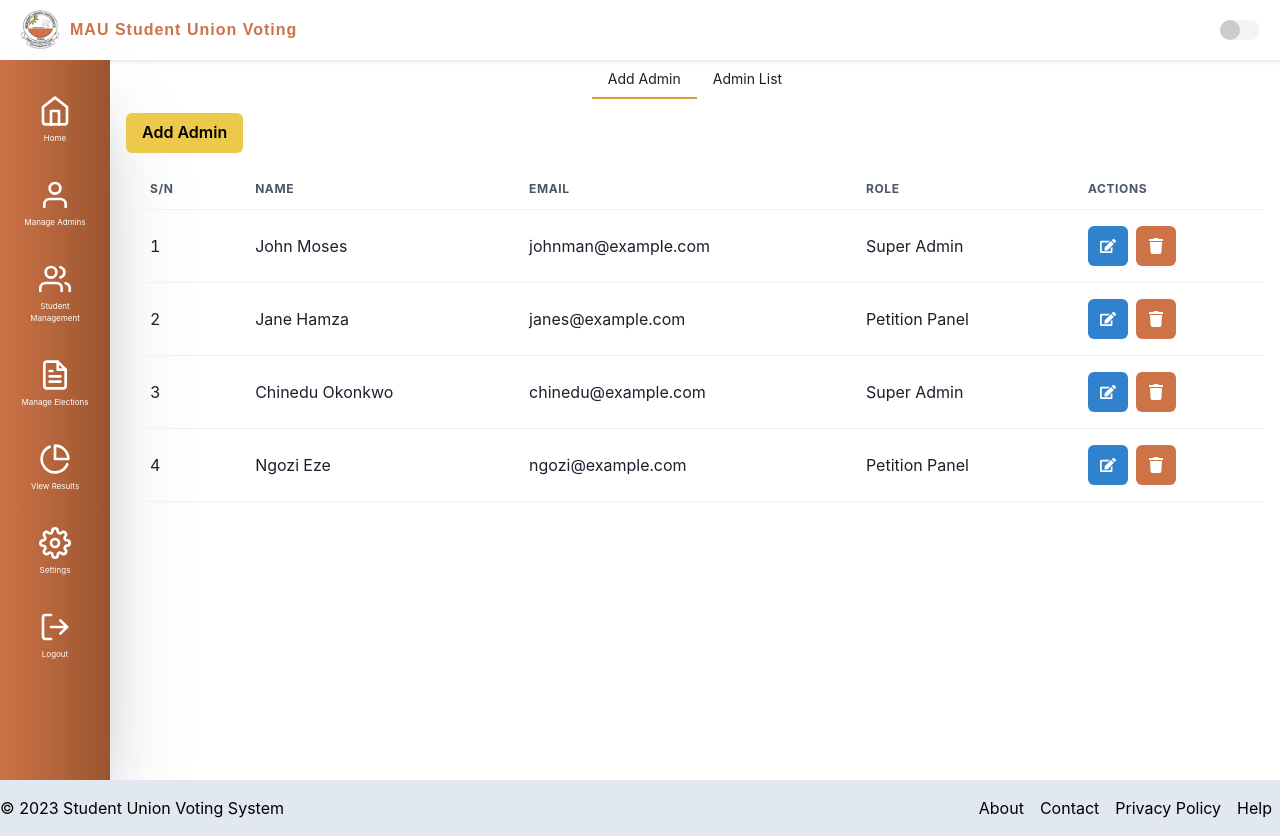
Repository: joena1o/e-vote
Page: /admin-dashboard/manage-admin
An editor plug-in stored every save of this project. The page is shown before and after the next save, followed by the edit.
The browser window is 1280 px wide. The pictures show the whole page.
The project was rebuilt for these pictures with package versions that can differ from the ones it lists, and the page was loaded fresh each time. Also part of the build but not shown: src/components/EnhancedLogin.js, src/components/maincontent/RegisterStudents/ManageStudents.js, src/components/maincontent/RegisterStudents/RegisterStudents.js, src/components/maincontent/RegisterStudents/StudentManagement.js, src/components/maincontent/ElectionResults/ViewResults.js, src/components/maincontent/ElectionResults/report.js, src/components/maincontent/ElectionResults/ViewElectionResults.js, src/components/maincontent/Settings/Settings.js and 21 more.

Above is the page before, as saved 2023-12-14 17:01:26.

### src/index.js
import React from 'react';
import ReactDOM from 'react-dom/client';
import './index.css';
import App from './App';
import reportWebVitals from './reportWebVitals';
import Modal from 'react-modal';

// Set the app element for the modal for accessibility purposes
Modal.setAppElement('#root');

const root = ReactDOM.createRoot(document.getElementById('root'));
root.render(
  <React.StrictMode>
    <App />
  </React.StrictMode>
);

// If you want to start measuring performance in your app, pass a function
// to log results (for example: reportWebVitals(console.log))
// or send to an analytics endpoint. Learn more: https://bit.ly/CRA-vitals
reportWebVitals();

### src/App.js
import React from 'react';
import { BrowserRouter as Router, Routes, Route, Navigate } from 'react-router-dom';
import EnhancedLogin from './components/EnhancedLogin';
import AdminDashboard from './components/AdminDashboard';
import StudentDashboard from './components/StudentDashboard';
import { ChakraProvider, ColorModeProvider, Button, useColorMode } from '@chakra-ui/react';
import { Provider } from 'react-redux';
import store from './Redux/store';
import ElectionCommitteeDashboard from './components/maincontent/ElectionCommitteeDashboard';


// Component to toggle dark mode
function DarkModeToggle() {
  const { colorMode, toggleColorMode } = useColorMode();
  return (
    <Button onClick={toggleColorMode} position="fixed" m={4} zIndex={10}>
      Toggle {colorMode === 'light' ? 'Dark' : 'Light'}
    </Button>
  );
}

function App() {
  // Check if the current route is not the "/login" route, then render the DarkModeToggle
  // const isLoginPage = window.location.pathname === '/login';

  return (
    <Provider store={store}>
      <ChakraProvider>
        <ColorModeProvider options={{ useSystemColorMode: true }}>
          <Router>
            <Routes>
              {/* Define your routes */}
              <Route path="/login" element={<EnhancedLogin />} />
              <Route path="/admin-dashboard/*" element={<AdminDashboard />} />
              <Route path="/ElectionCommittee-dashboard/*" element={<ElectionCommitteeDashboard />} />
              <Route path='/student-dashboard/*' element={<StudentDashboard />} />
              {/* Redirect root to /admin-dashboard */}
              <Route path="/" element={<Navigate to="/admin-dashboard" replace />} />
            </Routes>
          </Router>
          {/* Render DarkModeToggle only if not on the "/login" page */}
          {/* {!isLoginPage && <DarkModeToggle />} */}
        </ColorModeProvider>
      </ChakraProvider>
    </Provider>
  );
}

export default App;

### src/components/AdminDashboard.js
// AdminDashboard.js
import React from 'react';
import { Routes, Route } from 'react-router-dom';
import StudentManagement from './maincontent/RegisterStudents/StudentManagement';
import ViewResults from './maincontent/ElectionResults/ViewElectionResults';
import Settings from './maincontent/Settings/Settings';
import Home from './maincontent/home/Home';
import ManageAdmin from './maincontent/ManageAdmins/ManageAdmins';
import ManageElections from './maincontent/ManageElections/ManageElections';
import Sidebar from './Sidebar';
import Navbar from './Navbar';
import Footer from './Footer';// Import the Footer component
import styled from 'styled-components';
import ElectionVotesLog from './maincontent/ElectionResults/report';


const Container = styled.div`
  display: flex;
  flex-direction: column;
  height: 100vh;
  width: 100%;
`;

const Content = styled.div`
  display: flex;
  flex: 1;
`;

const AdminDashboard = () => {
  return (
    <Container>
      <Navbar />
      <Content>
        <Sidebar />
        <Routes>
          <Route index element={<Home />} />
          <Route path="student-management" element={<StudentManagement />} />
          <Route path="view-results" element={<ViewResults />} />
          <Route path="settings" element={<Settings />} />
          <Route path="manage-admin" element={<ManageAdmin />} />
          <Route path="manage-elections" element={<ManageElections />} />
          <Route path="election-Results" element={<ElectionVotesLog />} />
        </Routes>
      </Content>
      <Footer />
    </Container>
  );
};

export default AdminDashboard;

### src/Redux/store.js
import { configureStore } from '@reduxjs/toolkit';
import electionReducer from './electionSlice';
import studentsReducer from './studentsSlice';
import candidatesReducer from './CandidateSlice'; // Import the candidates reducer

const store = configureStore({
  reducer: {
    elections: electionReducer,
    students: studentsReducer,
    candidates: candidatesReducer, // Add the candidates reducer here
  },
});

export default store;

### src/components/maincontent/ManageAdmins/ManageAdmins.js
import React, { useState } from 'react';
import { Tabs, TabList, TabPanels, Tab, TabPanel, Box, Flex, Heading } from '@chakra-ui/react';
import AddAdmin from './AddAdmin';
import AdminList from './AdminList';

const ManageAdmins = () => {
  const [activeTab, setActiveTab] = useState(0);

  const handleTabChange = (index) => {
    setActiveTab(index);
  };

  return (
    <Flex direction="column" align="center" w="100%" h="100vh">

      <Box w="100%">
        <Tabs index={activeTab} onChange={handleTabChange} isLazy w="100%">
          <TabList display="flex" justifyContent="center" mx="auto" borderBottom="none">
            <Tab fontSize="sm" px={4} py={2} _selected={{ borderBottom: '2px solid', borderColor: 'yellow.500' }}>
              Add Admin
            </Tab>
            <Tab fontSize="sm" px={4} py={2} _selected={{ borderBottom: '2px solid', borderColor: 'yellow.500' }}>
              Admin List
            </Tab>
          </TabList>
          <TabPanels>
            <TabPanel>
              <AddAdmin />
            </TabPanel>
            <TabPanel>
              <AdminList />
            </TabPanel>
          </TabPanels>
        </Tabs>
      </Box>
    </Flex>
  );
};

export default ManageAdmins;

### src/components/Sidebar.js
import React from 'react';
import styled from 'styled-components';
import { Link } from 'react-router-dom';
import { FiHome, FiUser, FiUsers, FiFileText, FiSettings, FiLogOut, FiPieChart } from 'react-icons/fi';
import { useColorMode } from '@chakra-ui/react';

const SidebarContainer = styled.nav`
  background: ${props => (props.theme === 'dark' ? '#333' : 'linear-gradient(to right, #ce7348, #9a552e)')};
  padding: 15px;
  height: 100vh;
  color: #fff;
  box-shadow: rgba(50, 50, 93, 0.25) 0px 50px 100px -20px, rgba(0, 0, 0, 0.3) 0px 30px 60px -30px;
  display: flex;
  flex-direction: column;
`;

const LinkList = styled.ul`
  list-style-type: none;
  padding: 0;
  flex: 1;
`;

const StyledLink = styled(Link)`
  text-decoration: none;
  color: #fff;
  display: flex;
  flex-direction: column;
  align-items: center;
  transition: color 0.3s ease;
  margin-bottom: 15px;
  cursor: pointer;
  font-size: 0.5rem;

  &:hover {
    color: #fce364;
  }

  width: 80px;
  text-align: center;
  word-wrap: break-word;
  overflow-wrap: break-word;

  @media (max-width: 768px) {
    font-size: 0.4rem;
  }

  @media (max-width: 480px) {
    font-size: 0.3rem;
  }
`;

const LinkItem = styled.li`
  display: flex;
  align-items: center;
  margin-top: 20px;
`;

const Icon = styled.div`
  font-size: 2rem;
  color: #fff;

  @media (max-width: 768px) {
    font-size: 0.9rem;
  }

  @media (max-width: 480px) {
    font-size: 0.8rem;
  }

  margin-bottom: 5px;

  ${StyledLink}:hover & {
    color: #fce364;  // Change icon color when the link is hovered
  }
`;

function Sidebar() {
  const { colorMode } = useColorMode();

  return (
    <SidebarContainer theme={colorMode}>
      <LinkList>
        <LinkItem>
          <StyledLink to="/admin-dashboard">
            <Icon><FiHome /></Icon>
            Home
          </StyledLink>
        </LinkItem>
        <LinkItem>
          <StyledLink to="/admin-dashboard/manage-admin">
            <Icon><FiUser /></Icon>
            Manage Admins
          </StyledLink>
        </LinkItem>
        <LinkItem>
          <StyledLink to="/admin-dashboard/student-management">
            <Icon><FiUsers /></Icon>
            Student Management
          </StyledLink>
        </LinkItem>
        <LinkItem>
          <StyledLink to="/admin-dashboard/manage-elections">
            <Icon><FiFileText /></Icon>
            Manage Elections
          </StyledLink>
        </LinkItem>
        <LinkItem>
          <StyledLink to="/admin-dashboard/view-results">
            <Icon><FiPieChart /></Icon>
            View Results
          </StyledLink>
        </LinkItem>
        <LinkItem>
          <StyledLink to="/admin-dashboard/settings">
            <Icon><FiSettings /></Icon>
            Settings
          </StyledLink>
        </LinkItem>
        <LinkItem>
          <StyledLink to="/logout">
            <Icon><FiLogOut /></Icon>
            Logout
          </StyledLink>
        </LinkItem>
      </LinkList>
    </SidebarContainer>
  );
}

export default Sidebar;

### src/components/Navbar.js
import React from 'react';
import styled, { createGlobalStyle } from 'styled-components';
import logo from '../assets/school_logo.jpg';
import { useColorMode } from '@chakra-ui/react';

const GlobalStyle = createGlobalStyle`
  body {
    background-color: ${props => (props.theme === 'dark' ? '#333' : '#fff')};
    color: ${props => (props.theme === 'dark' ? '#fff' : '#000')}; // Set other component texts to black in light mode
  }
`;

const Header = styled.header`
  background: ${props => (props.theme === 'dark' ? '#333' : '#fff')};
  color: ${props => (props.theme === 'dark' ? '#fff' : '#ce7348')}; // Set navbar text to brown in light mode
  padding: 10px 20px;
  display: flex;
  align-items: center;
  justify-content: flex-start;
  box-shadow: 0px 2px 4px rgba(0, 0, 0, 0.1);
  font-family: 'Poppins', sans-serif;
`;


const Logo = styled.img`
  width: 40px;
  height: 40px;
  border-radius: 20px;
  margin-right: 10px;
`;

const Title = styled.h1`
  margin: 0;
  padding: 0;
  font-size: 1rem;
  font-weight: 600;
  letter-spacing: 1px;
`;

const ToggleSlider = styled.label`
  display: flex;
  align-items: center;
  cursor: pointer;
  margin-left: auto;
`;

const SliderInput = styled.input.attrs({ type: 'checkbox' })`
  display: none;
`;

const Slider = styled.div`
  width: 40px;
  height: 20px;
  background-color: ${props => (props.theme === 'dark' ? '#333' : '#f4f4f4')};
  border-radius: 20px;
  position: relative;
  transition: background-color 0.3s ease;
  cursor: pointer;

  &::after {
    content: '';
    width: 20px;
    height: 20px;
    border-radius: 50%;
    background-color: ${props => (props.theme === 'dark' ? '#fff' : '#ccc')};
    position: absolute;
    top: 50%;
    transform: translateY(-50%);
    left: ${props => (props.theme === 'dark' ? '20px' : '0')};
    transition: left 0.3s ease;
  }
`;

function Navbar() {
  const { colorMode, toggleColorMode } = useColorMode();

  return (
    <>
      <GlobalStyle theme={colorMode} />
      <Header theme={colorMode}>
        <Logo src={logo} alt="University Logo" />
        <Title>MAU Student Union Voting</Title>
        <ToggleSlider>
          <SliderInput type="checkbox" onChange={toggleColorMode} />
          <Slider theme={colorMode} />
        </ToggleSlider>
      </Header>
    </>
  );
}

export default Navbar;

### src/components/Footer.js
import React from 'react';
import { Box, Flex, Text, Link } from '@chakra-ui/react';

const Footer = ({ colorMode }) => {
  const handleDownloadDocumentation = () => {

    const pdfUrl = '/path/to/your/documentation.pdf';

    //  anchor element that triggers  download
    const link = document.createElement('a');
    link.href = pdfUrl;
    link.download = 'documentation.pdf';
    link.click();
  };

    return (
      <Box as="footer" mt="auto" py={4} bg={colorMode === 'dark' ? 'gray.800' : 'gray.200'} color={colorMode === 'dark' ? 'white' : 'black'}>
        <Flex justify="space-between" align="center">
          <Text>&copy; 2023 Student Union Voting System</Text>
          <Flex>
            <Link mx={2} href="#about">
              About
            </Link>
            <Link mx={2} href="#contact">
              Contact
            </Link>
            <Link mx={2} href="#privacy">
              Privacy Policy
            </Link>
            <Link mx={2} onClick={handleDownloadDocumentation}>
              Help
            </Link>
          </Flex>
        </Flex>
      </Box>
    );
  };

  export default Footer;

### src/Redux/electionSlice.js
/*import { createSlice, createAsyncThunk } from '@reduxjs/toolkit';
import { API, graphqlOperation } from 'aws-amplify';
import { createElection as createElectionAPI } from '../graphql/mutations';

export const createElection = createAsyncThunk(
  'elections/createElection',
  async (election, { rejectWithValue }) => {
    try {
      const result = await API.graphql(graphqlOperation(createElectionAPI, { input: election }));
      return result.data.createElection;
    } catch (error) {
      return rejectWithValue(error);
    }
  }
);

const electionSlice = createSlice({
  name: 'elections',
  initialState: [],
  reducers: {},
  extraReducers: (builder) => {
    builder.addCase(createElection.fulfilled, (state, action) => {
      state.push(action.payload);
    });
  },
});

export default electionSlice.reducer;
*/

### src/Redux/studentsSlice.js
import { createSlice } from '@reduxjs/toolkit';

export const studentsSlice = createSlice({
  name: 'students',
  initialState: [],
  reducers: {
    addStudents: (state, action) => {
      // Add students to the Redux store
      action.payload.forEach(student => {
        state.push(student);
      });
    },
  },
});

export const { addStudents } = studentsSlice.actions;

export default studentsSlice.reducer;

### src/Redux/CandidateSlice.js

import { createSlice } from '@reduxjs/toolkit';

export const candidatesSlice = createSlice({
  name: 'candidates',
  initialState: [],
  reducers: {
    setCandidates: (state, action) => {
      return action.payload;
    },
  },
});

export const { setCandidates } = candidatesSlice.actions;
export default candidatesSlice.reducer;

### src/components/maincontent/ManageAdmins/AddAdmin.js
import React, { useState } from 'react';
import {
  Box,
  VStack,
  useColorModeValue,
  Button,
  Input,
  Modal,
  ModalOverlay,
  ModalContent,
  ModalHeader,
  ModalFooter,
  ModalBody,
  ModalCloseButton,
  FormControl,
  FormLabel,
  Container,
  IconButton,
  Table,
  Thead,
  Tbody,
  Tr,
  Th,
  Td,
} from '@chakra-ui/react';
import Select from 'react-select';
import { FaEdit, FaTrash } from 'react-icons/fa';

const AddAdmin = () => {
  const colorModeValue = useColorModeValue('gray.200', 'gray.600');

  const [isOpen, setIsOpen] = useState(false);

  const initialAdminData = {
    name: '',
    email: '',
    role: { value: 'Super Admin', label: 'Super Admin' },
  };

  const [adminData, setAdminData] = useState(initialAdminData);

  const [admins, setAdmins] = useState([
    {
      name: 'John Moses',
      email: 'johnman@example.com',
      role: { value: 'Super Admin', label: 'Super Admin' },
    },
    {
      name: 'Jane Hamza',
      email: 'janes@example.com',
      role: { value: 'Petition Panel', label: 'Petition Panel' },
    },
    {
      name: 'Chinedu Okonkwo',
      email: 'chinedu@example.com',
      role: { value: 'Super Admin', label: 'Super Admin' },
    },
    {
      name: 'Ngozi Eze',
      email: 'ngozi@example.com',
      role: { value: 'Petition Panel', label: 'Petition Panel' },
    },
  ]);

  const handleInputChange = (name, value) => {
    setAdminData({ ...adminData, [name]: value });
  };

  const openModal = () => {
    setIsOpen(true);
  };

  const closeModal = () => {
    setIsOpen(false);
    setAdminData(initialAdminData);
  };

  const handleSubmit = () => {
    // Add your logic to handle admin data submission here
    console.log('Admin Data Submitted:', adminData);

    // Add the admin data to the admins state
    setAdmins([...admins, adminData]);

    closeModal();
  };

  const handleEditAdmin = (index) => {
    // Add logic to edit admin here, e.g., open a modal for editing
    console.log('Editing admin at index:', index);
  };

  const handleDeleteAdmin = (index) => {
    // Add logic to delete admin here, e.g., show a confirmation modal
    console.log('Deleting admin at index:', index);
  };

  return (
    <Container maxW="100vw" w="100" p={0}>
      <Box>
        <Button colorScheme="yellow" onClick={openModal}>
          Add Admin
        </Button>

        <Modal isOpen={isOpen} onClose={closeModal} size="sm">
          <ModalOverlay />
          <ModalContent
            borderRadius="8px"
            bg={colorModeValue}
            color={colorModeValue === 'gray.200' ? 'black' : 'white'}
          >
            <ModalHeader
              fontSize="lg"
              fontWeight="bold"
              borderBottom="1px solid"
              borderColor={
                colorModeValue === 'gray.200' ? 'gray.300' : 'gray.600'
              }
            >
              Add New Admin
            </ModalHeader>
            <ModalCloseButton />
            <ModalBody>
              <VStack spacing={4}>
                <FormControl>
                  <FormLabel>Name:</FormLabel>
                  <Input
                    type="text"
                    name="name"
                    value={adminData.name}
                    onChange={(e) => handleInputChange('name', e.target.value)}
                  />
                </FormControl>
                <FormControl>
                  <FormLabel>Email:</FormLabel>
                  <Input
                    type="email"
                    name="email"
                    value={adminData.email}
                    onChange={(e) => handleInputChange('email', e.target.value)}
                  />
                </FormControl>
                <FormControl>
                  <FormLabel>Role:</FormLabel>
                  <Select
                    options={[
                      { value: 'Super Admin', label: 'Super Admin' },
                      { value: 'Petition Panel', label: 'Petition Panel' },
                    ]}
                    value={adminData.role}
                    onChange={(selectedOption) =>
                      handleInputChange('role', selectedOption)
                    }
                  />
                </FormControl>
              </VStack>
            </ModalBody>
            <ModalFooter
              borderTop="1px solid"
              borderColor={
                colorModeValue === 'gray.200' ? 'gray.300' : 'gray.600'
              }
            >
              <Button
                bg="brown"
                color="white"
                _hover={{ bg: 'brown.600' }}
                _focus={{ boxShadow: 'none' }}
                onClick={handleSubmit}
              >
                Add Admin
              </Button>
            </ModalFooter>
          </ModalContent>
        </Modal>
      </Box>

      <Table variant="simple" mt={4} w="100%">
        <Thead>
          <Tr>
            <Th>S/N</Th>
            <Th>Name</Th>
            <Th>Email</Th>
            <Th>Role</Th>
            <Th>Actions</Th>
          </Tr>
        </Thead>
        <Tbody>
          {admins.map((admin, index) => (
            <Tr key={index}>
              <Td>{index + 1}</Td>
              <Td>{admin.name}</Td>
              <Td>{admin.email}</Td>
              <Td>{admin.role.label}</Td>
              <Td>
                <IconButton
                  icon={<FaEdit />}
                  colorScheme="blue"
                  onClick={() => handleEditAdmin(index)}
                  aria-label="Edit"
                  mr={2}
                />
                <IconButton
                  icon={<FaTrash />}
                  colorScheme="red"
                  onClick={() => handleDeleteAdmin(index)}
                  aria-label="Delete"
                  bg="#ce7348"
                />
              </Td>
            </Tr>
          ))}
        </Tbody>
      </Table>
    </Container>
  );
};

export default AddAdmin;

Loaded but not shown: public/index.html (common file); src/index.css (common file); src/reportWebVitals.js (common file)

After the next save:
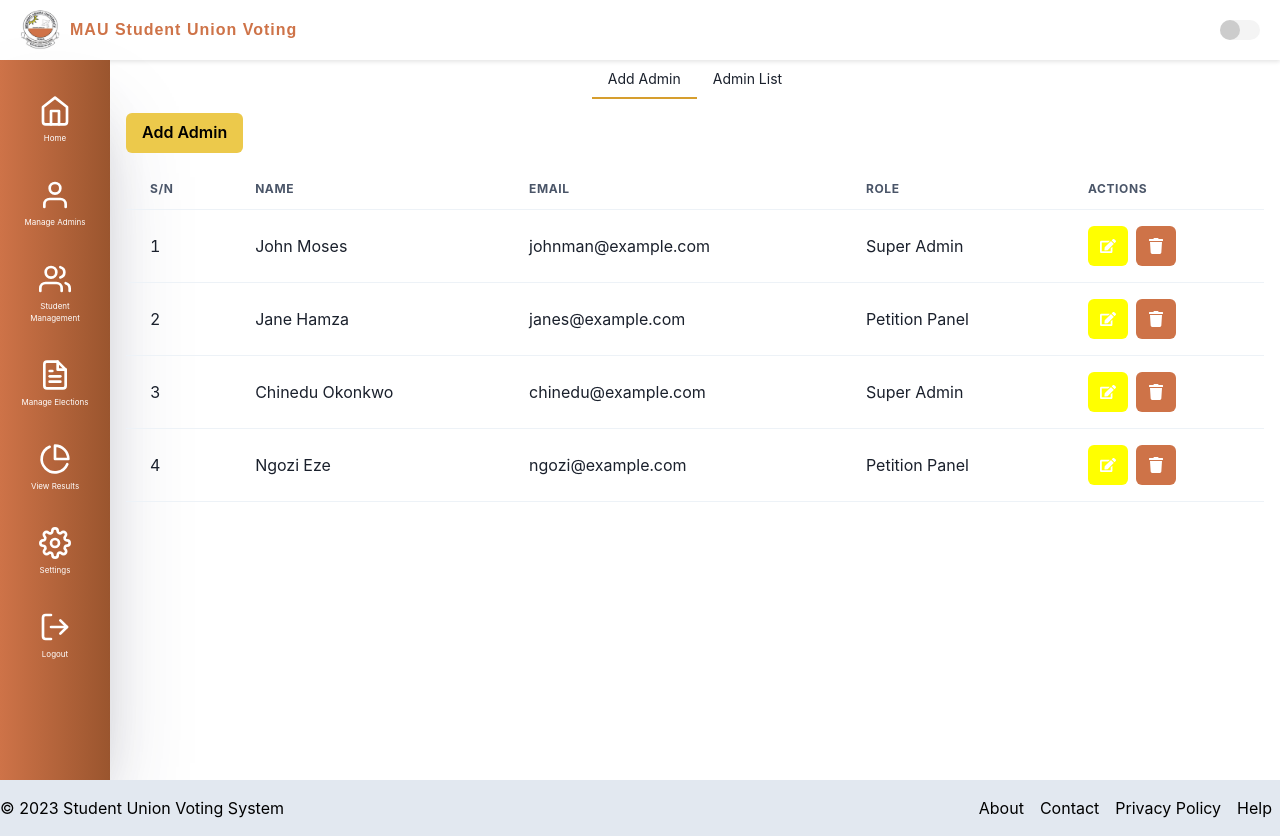
Saved 11 s later.
--- a/src/components/maincontent/ManageAdmins/AddAdmin.js
+++ b/src/components/maincontent/ManageAdmins/AddAdmin.js
@@ -198,6 +198,7 @@ const AddAdmin = () => {
                   colorScheme="blue"
                   onClick={() => handleEditAdmin(index)}
                   aria-label="Edit"
+                  bg="yellow"
                   mr={2}
                 />
                 <IconButton
